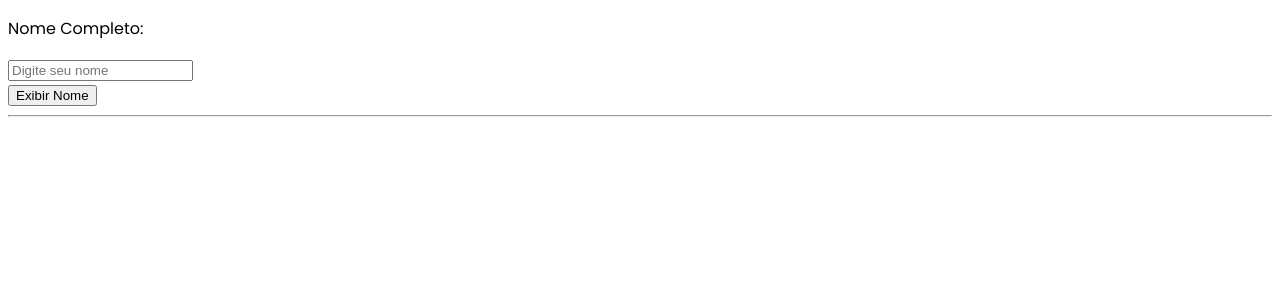
Repository: guilhermecardoso93/exerciciosjs
Page: index.html
The author's editor kept a copy of each file at every save. The page is drawn from the files as they stood at one save, then again after the next save.
The browser window is 1280 px wide. The pictures show the whole page.

Above is the page before, as saved 2023-05-20 11:07:59.

### index.html
<!DOCTYPE html>
<html lang="pt-Br">
  <head>
    <meta charset="UTF-8">
    <meta http-equiv="X-UA-Compatible" content="IE=edge">
    <meta name="viewport" content="width=device-width, initial-scale=1.0">
    <link rel="preconnect" href="https://fonts.googleapis.com">
    <link rel="preconnect" href="https://fonts.gstatic.com" crossorigin>
    <link rel="stylesheet" href="styles.css">
    <link
      href="https://fonts.googleapis.com/css2?family=Poppins:wght@400;500&display=swap"
      rel="stylesheet">
    <title>40 - exercícios de JS</title>
  </head>
  <body>
    <p>Nome Completo:</p>
    <input type="text" name="name" id="name"
      placeholder="Digite seu nome"/>
    <br />
    <input type="button" value="Exibir Nome" id="exibir-nome"/>
    <hr />
  </body>
  <script src="./script.js"></script>
</html>

### script.js
alert('Hello World!');
const conta = `valor de 2 + 2 é`
alert(`${conta} ${2 + 2}` )

const buttonShowName = document.getElementById('exibir-nome')


buttonShowName.addEventListener('click', () => {
  const inputValue = document.getElementById('name').value;

  alert(`Meu nome Completo é ${inputValue}`)

})

Loaded but not shown: styles.css (common file)

After the next save:
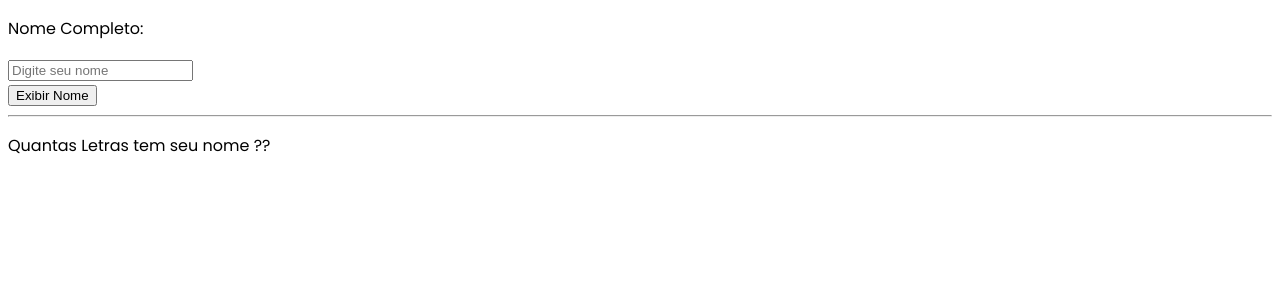
Saved 4 min 44 s later.
--- a/index.html
+++ b/index.html
@@ -19,6 +19,8 @@
     <br />
     <input type="button" value="Exibir Nome" id="exibir-nome"/>
     <hr />
+    <p>Quantas Letras tem seu nome ??</p>
+    <p id="name-length"></p>
   </body>
   <script src="./script.js"></script>
 </html>
